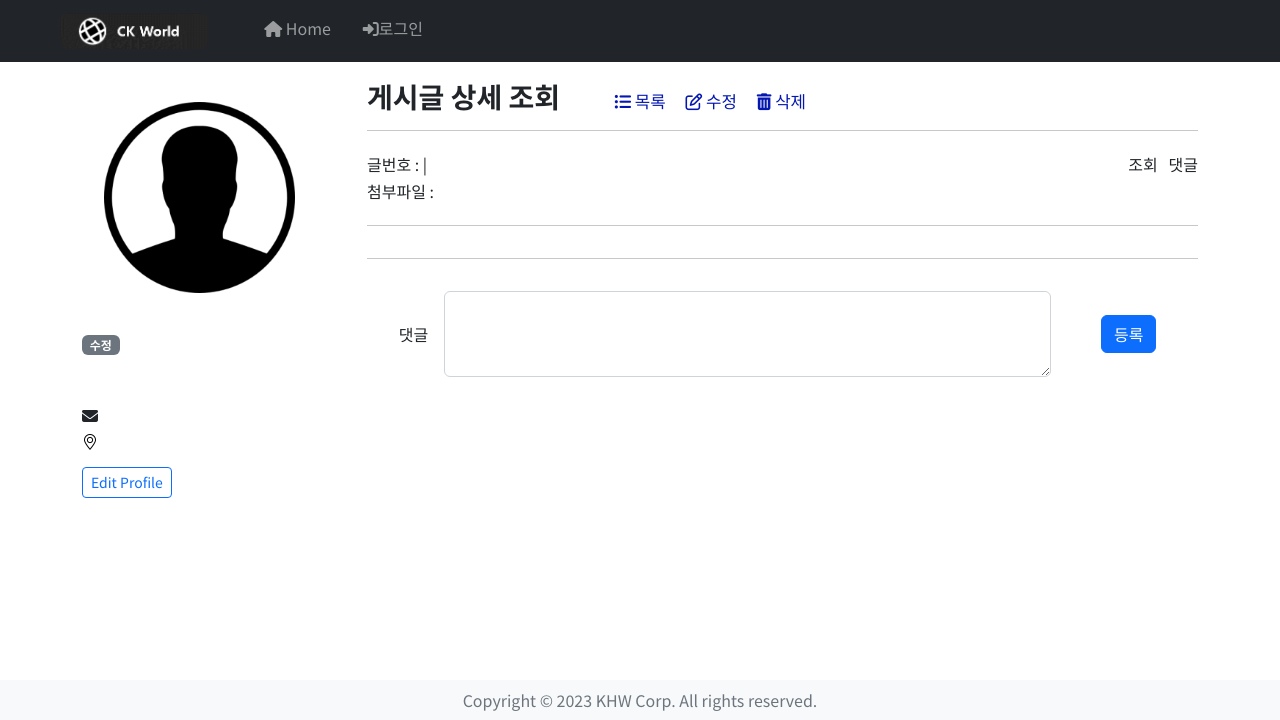
Repository: ssmpet/Spring-BBS-2023.07
Page: http://localhost/sbbs/WEB-INF/view/board/detailEditor.jsp
The author's editor kept a copy of each file at every save. The page is drawn from the files as they stood at one save, then again after the next save.
The browser window is 1280 px wide. The pictures show the whole page.
Some web fonts or font styles are not loaded; a fallback is used. Some web libraries are served in a nearby version. The page is served by Tomcat 9. Nobody is signed in. Other server files are loaded and not shown. The template is opened directly, without the code that normally fills it, so the values that code supplies are empty.

Above is the page before, as saved 2023-07-28 02:42:28.

### sbbs/src/main/webapp/WEB-INF/view/board/detailEditor.jsp
<%@ page language="java" contentType="text/html; charset=UTF-8" pageEncoding="UTF-8"%>
<%@ taglib prefix="c" uri="http://java.sun.com/jsp/jstl/core" %>
<%@ taglib prefix="fn" uri="http://java.sun.com/jsp/jstl/functions" %>
<%@ taglib prefix="fmt" uri="http://java.sun.com/jsp/jstl/fmt" %>
<% pageContext.setAttribute("newline", "\n"); %>
<!DOCTYPE html>
<html>
<head>
	<%@ include file="../common/head.jspf" %>
	<style>
		td { text-align: center;}
		.disabled-link { pointer-events: none;}
	</style>
</head>
<body>

	<%@ include file="../common/top.jspf" %>
	<div class="container" style="margin-top: 80px; margin-bottom:50px;">
    	<div class="row">
			<%@ include file="../common/aside.jspf" %>
			<!-- ======================== main ==============================  -->
			<div class="col-sm-9">
				 <h3><strong>게시글 상세 조회</strong>
                    <span style="font-size: 0.6em;">
                        <a href="/sbbs/board/list?p=${currentBoardPage}&f=${field}&q=${query}" class="ms-5""><i class="fas fa-list-ul"></i> 목록</a>
                    <%-- 본인만 수정 가능 --%>
                    <c:if test="${sessUid eq board.uid}">
                    	<a href="/sbbs/board/update/${board.bid}?&f=${field}&q=${query}" class="ms-3"><i class="far fa-edit"></i> 수정</a>
                        <a href="/sbbs/board/delete/${board.bid}?&f=${field}&q=${query}" class="ms-3"><i class="fas fa-trash-alt"></i> 삭제</a>
                    </c:if>
                    <c:if test="${sessUid ne board.uid}">
                    	<a href="#" class="ms-3 disabled-link"><i class="far fa-edit"></i> 수정</a>
                    	<a href="#" class="ms-3 disabled-link"><i class="fas fa-trash-alt"></i> 삭제</a>
                    </c:if>
                    </span>
                </h3>
				<hr>
				<div class="row">
                    <div class="col-8">
                        <h5>${board.title}</h5>
                        <h6>글번호 : ${board.bid} | ${fn:replace(board.modTime, 'T', ' ')}</h6>
                        <h6>첨부파일 :
                    <c:forEach var="file" items="${fileList}">
                    	<a href="/sbbs/file/download/${file}" class="me-2" download>${file}</a>
                    </c:forEach>
                        </h6>
                    </div>
                    <div class="col-4 text-end">
                        <h5>${board.uname}</h5>
                        <h6>조회 ${board.viewCount}&nbsp;&nbsp;댓글 ${board.replyCount}</h6>
                    </div>

                    <div class="col-12"><hr></div>
                    <div class="col-12">
                        ${board.content}
                    </div>

                    <div class="col-12"><hr></div>
                    <div class="col-12">
                <c:forEach var="reply" items="${replyList}">
                	<c:if test="${reply.isMine eq 0}">
                        <div class="d-flex flex-row mt-1">
                            <div class="card bg-light text-dark w-75">
                                <div class="card-body">
                                    ${reply.uname}&nbsp;&nbsp;${fn:replace(reply.regTime, 'T', ' ')}<br>    <!-- uname, regTime-->
                                    ${reply.comment}  <!-- content -->
                                </div>
                            </div>
                        </div>
                	</c:if>
                	<c:if test="${reply.isMine eq 1}">
                        <div class="d-flex flex-row-reverse mt-1">
                            <div class="card w-75">
                                <div class="card-body text-end">
                                	${reply.uname}&nbsp;&nbsp;${fn:replace(reply.regTime, 'T', ' ')}<br>
                                    ${reply.comment}  <!-- content -->
                                </div>
                            </div>
                        </div>
                	</c:if>
                </c:forEach>
                        <form class="form-inline" action="/bbs/reply/write" method="post">
                            <input type="hidden" name="bid" value="${board.bid}">
                            <input type="hidden" name="uid" value="${board.uid}">
                            <input type="hidden" name="f" value="${field}">
                            <input type="hidden" name="q" value="${query}">
                            <table class="table table-borderless mt-2">
                                <tr class="d-flex">
                                    <td class="col-1 text-end">
                                        <label for="content" class="col-form-label mt-4">댓글</label>
                                    </td>
                                    <td class="col-9">
                                        <textarea class="form-control" name="comment" rows="3"></textarea>
                                    </td>
                                    <td class="col-2">
                                        <button type="submit" class="btn btn-primary mt-4">등록</button>
                                    </td>
                                </tr>
                            </table>
                        </form>
                    </div>
               </div>

			</div>
			<!-- ======================== main ==============================  -->
		</div>
	</div>
	<%@ include file="../common/bottom.jspf" %>

</body>
</html>

### sbbs/src/main/webapp/WEB-INF/view/common/head.jspf
<%@ page language="java" contentType="text/html; charset=UTF-8" pageEncoding="UTF-8"%>
<%-- <head> 태그 내에 공통으로 들어갈 내용 --%>
<meta charset="UTF-8">
<meta name="viewport" content="width=device-width, initial-scale=1.0">
<title>Spring Boot BBS sample</title>
<link href="https://cdn.jsdelivr.net/npm/bootstrap@5.2.3/dist/css/bootstrap.min.css" rel="stylesheet">
<link href="https://fonts.googleapis.com/css2?family=Noto+Sans+KR&display=swap" rel="stylesheet">
<script src="https://cdn.jsdelivr.net/npm/bootstrap@5.2.3/dist/js/bootstrap.bundle.min.js"></script>
<script src="https://code.jquery.com/jquery-3.6.4.min.js" integrity="sha256-oP6HI9z1XaZNBrJURtCoUT5SUnxFr8s3BzRl+cbzUq8=" crossorigin="anonymous"></script>
<script src="https://kit.fontawesome.com/fbb7139956.js" crossorigin="anonymous"></script>
<link href="https://fonts.googleapis.com/css2?family=Dokdo&family=Gasoek+One&family=Noto+Sans+KR:wght@100;300;400;500;700;900&display=swap" rel="stylesheet">
<style>
	* { font-family: 'Noto Sans KR', sans-serif; }
	a { text-decoration: none; color: #0517b1;}
</style>
<script src="/sbbs/js/aside.js"></script>

### sbbs/src/main/webapp/WEB-INF/view/common/top.jspf
<%@ page language="java" contentType="text/html; charset=UTF-8" pageEncoding="UTF-8"%>
<%@ taglib prefix="c" uri="http://java.sun.com/jsp/jstl/core" %>

<%-- <body> 상단에 있는 navigation var --%>

<nav class="navbar navbar-expand-sm bg-dark navbar-dark fixed-top">
    <div class="container-fluid">
        <ul class="navbar-nav">
            <a class="navbar-brand ms-5 me-5" href="#">
                <img src="/sbbs/img/ckworld-logo.png" alt="Logo" style="height:36px;" class="rounded-3">
            </a>
            <li class="nav-item">
                <a class="nav-link" href="#"><i class="fa-solid fa-house"></i> Home</a>
            </li>
		<c:if test="${ not empty sessUid }">
            <li class="nav-item ms-3">
                <a class="nav-link ${(menu eq 'board') ? 'active' : ''}" href="/sbbs/board/list?p=1&f=&q="><i class="far fa-list-alt"></i> 게시판</a>
            </li>
            <li class="nav-item ms-3">
                <a class="nav-link  ${(menu eq 'user') ? 'active' : ''}" href="/sbbs/user/list/1"><i class="fas fa-user-friends"></i> 사용자</a>
            </li>
            <li class="nav-item ms-3">
               	<a class="nav-link" href="/sbbs/user/logout"><i class="fa-solid fa-right-from-bracket"></i> 로그아웃</a>
            </li>
		</c:if>
		<c:if test="${ empty sessUid }">
            <li class="nav-item ms-3">
               	<a class="nav-link" href="/sbbs/user/login"><i class="fa-solid fa-right-to-bracket"></i>로그인</a>
			</li>
		</c:if>
            <%--c:if test="${uid eq 'admin' }">
            	<a class="nav-link" href="/bbs/board/testBoard">임시 게시판 등록</a>
            </c:if--%>
        </ul>
        <c:if test="${ not empty sessUid }">
        	<span class="navbar-text me-3">${uname}님 환영합니다.</span>
        </c:if>
    </div>
</nav>

### sbbs/src/main/webapp/WEB-INF/view/common/aside.jspf
<%@ page language="java" contentType="text/html; charset=UTF-8" pageEncoding="UTF-8"%>
<%@ taglib prefix="c" uri="http://java.sun.com/jsp/jstl/core"%>
<%-- <body> 좌측에 있는 aside menu --%>

<div class="col-sm-3">
<c:if test="${ empty profile }">
    <img src="/sbbs/img/person.png" class="rounded-circle" alt="사용자 프로필" width="90%">
</c:if>
<c:if test="${ not empty profile }">
    <img src="/sbbs/file/profile/${profile}" class="rounded-circle" alt="사용자 프로필" width="90%">
</c:if>

    <%-- p class="mt-3">피할수 없으면 즐겨라</p--%>
    <div class="mt-3">
    	<span id="stateMsg">${stateMsg}</span>
    	<a href="#" id="stateMsgBtn"><span class="badge bg-secondary">수정</span></a>
    </div>
    <div id="stateMsgInput" class="mt-2 d-none">
    	<input class="form-control form-control-sm" type="text" id="stateInput"
    		   onkeyup="if(window.event.keyCode==13) {changeStateMsg()}">
    	<a href="#" id="stateMsgSubmit"><span class="badge bg-primary">확인</span></a>
    </div>
    <div class="mt-5">
        <i class="fa fa-envelope me-2"></i><a href="#">${email}</a><br>
        <img src="/sbbs/img/addr.png" height="16" class="me-2">${addr}<br>
    </div>
    <button class="btn btn-sm btn-outline-primary mt-3">Edit Profile</button>
</div>

### sbbs/src/main/webapp/WEB-INF/view/common/bottom.jspf
<%@ page language="java" contentType="text/html; charset=UTF-8" pageEncoding="UTF-8"%>
<%-- <body> 하단에 있는 navigation var --%>

 <nav class="navbar navbar-expand-sm bg-light fixed-bottom">
     <div class="container-fluid justify-content-center text-muted">
         Copyright &copy; 2023 KHW Corp. All rights reserved.
     </div>
</nav>

### sbbs/src/main/resources/static/js/aside.js
/**
 * aside menu control을 위해 사용됨
 */

 $(document).ready(function() {

	$('#stateMsgBtn').click(function(e) {
		$('#stateMsgInput').attr({'class': 'mt-2'});
		$('#stateInput').attr({value: $('#stateMsg').text()});

	})
	$('#stateMsgSubmit').click(changeStateMsg);

 });

 function changeStateMsg() {

	 $('#stateMsgInput').attr({'class': 'mt-2 d-none'});
	 let stateInputVal = $('#stateInput').val();

	 $.ajax({
		 type: 'GET',
		 url: '/sbbs/aside/stateMsg',
		 data: {stateMsg: stateInputVal},
		 success: function(e) {
			 $('#stateMsg').html(stateInputVal);
		 }
	 });
}


function changeWeather() {

	let addr = $('#addr').text();

	$.ajax({
		type: 'GET',
		url: '/sbbs/aside/weather',
		data: {addr: addr},
		success: function(e) {
			$('#weather').html(e);
		}
	});
}

After the next save:
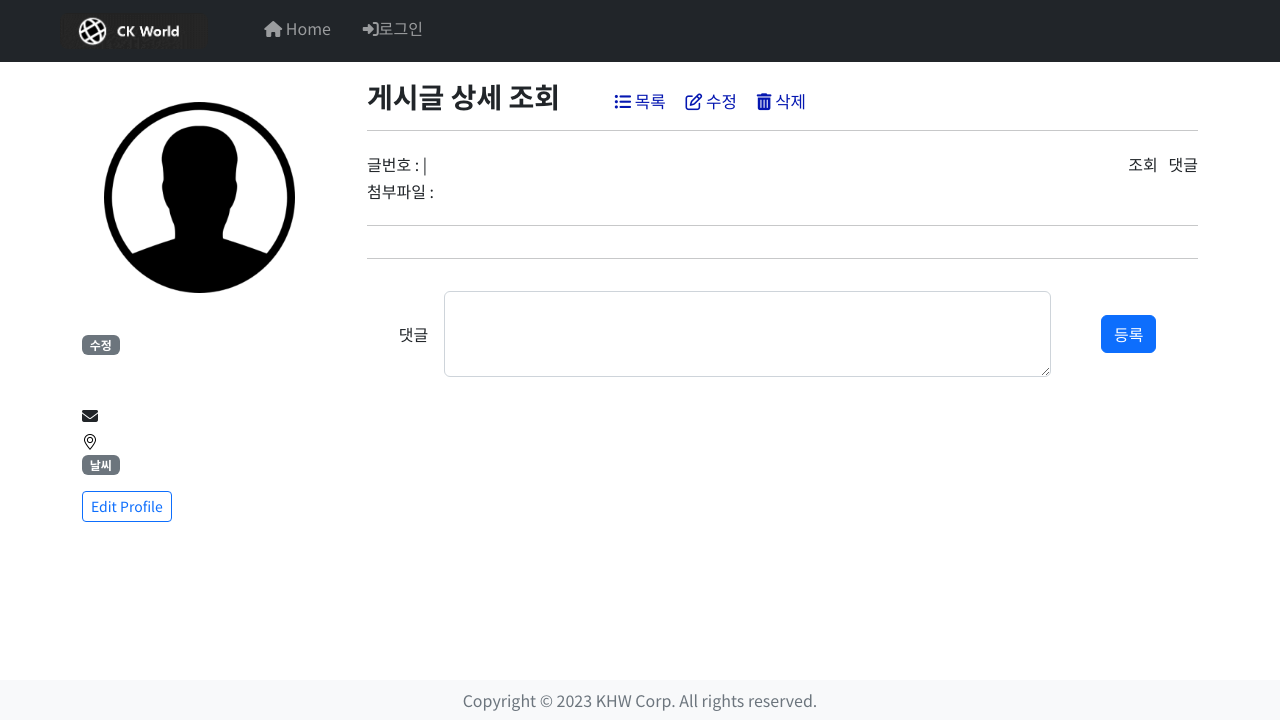
Saved 20 min 27 s later.
--- a/sbbs/src/main/webapp/WEB-INF/view/common/aside.jspf
+++ b/sbbs/src/main/webapp/WEB-INF/view/common/aside.jspf
@@ -23,6 +23,7 @@
     <div class="mt-5">
         <i class="fa fa-envelope me-2"></i><a href="#">${email}</a><br>
         <img src="/sbbs/img/addr.png" height="16" class="me-2">${addr}<br>
+        <a href="#" id="stateMsgBtn"><span class="badge bg-secondary">날씨</span></a>
     </div>
     <button class="btn btn-sm btn-outline-primary mt-3">Edit Profile</button>
 </div>
